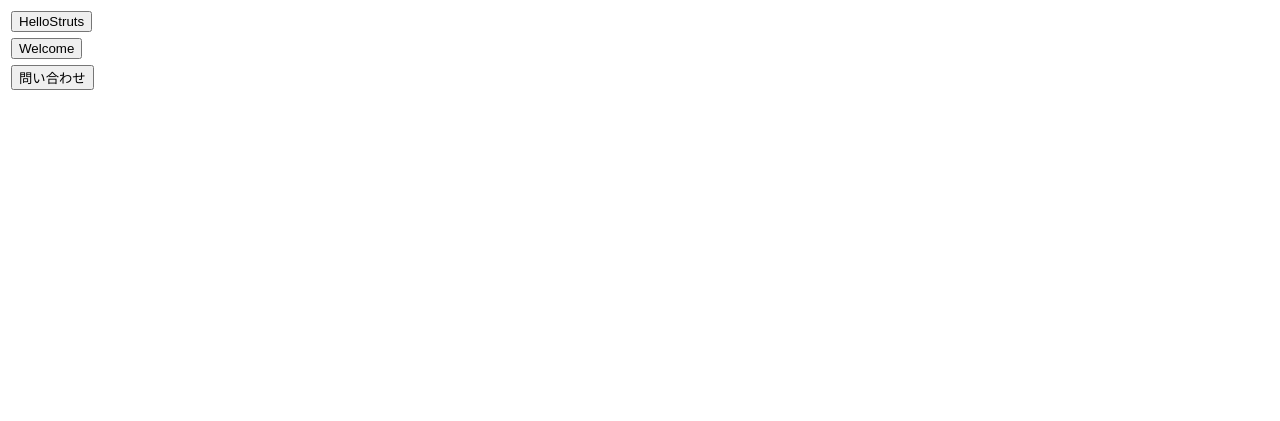
Repository: hagihara-eisuke01/Webpro
Page: http://localhost/Webproj5/
The author's editor kept a copy of each file at every save. The page is drawn from the files as they stood at one save, then again after the next save.
The browser window is 1280 px wide. The pictures show the whole page.
The page is served by Tomcat 9.

Above is the page before, as saved 2019-11-19 08:30:55.

After the next save:
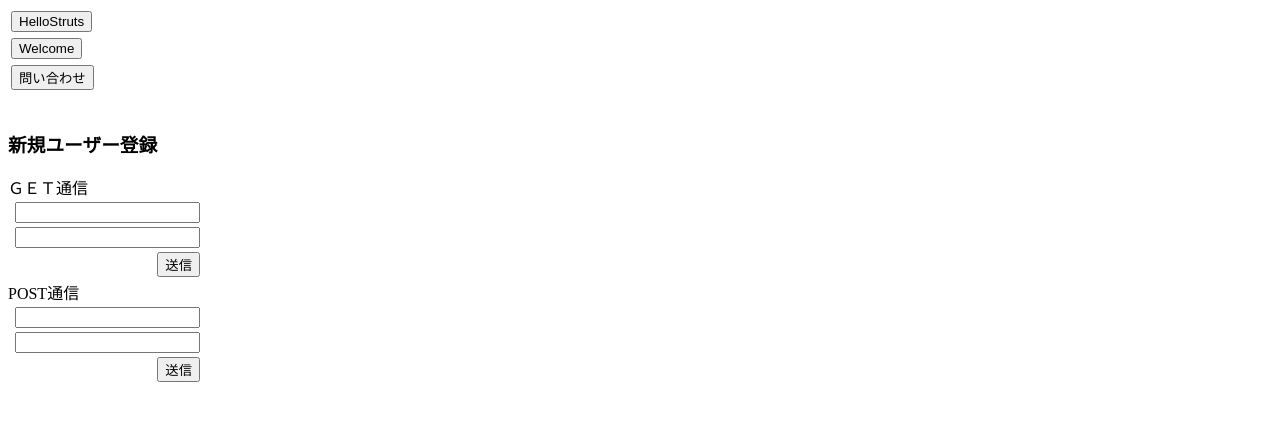
Saved 7 min 47 s later.
--- a/Webproj5/WebContent/index.jsp
+++ b/Webproj5/WebContent/index.jsp
@@ -20,6 +20,21 @@
 <s:form action="InquiryAction">
  <s:submit value="問い合わせ" />
 </s:form>
+<br>
+<h3>新規ユーザー登録</h3>
+ＧＥＴ通信
+<s:form method="get" action="TestAction">
+<s:textfield name="username" />
+<s:password name="password" />
+<s:submit value="送信" />
+</s:form>
+
+POST通信
+<s:form method="post" action="TestAction">
+<s:textfield name="username" />
+<s:password name="password" />
+<s:submit value="送信" />
+</s:form>
 
 </body>
 </html>
